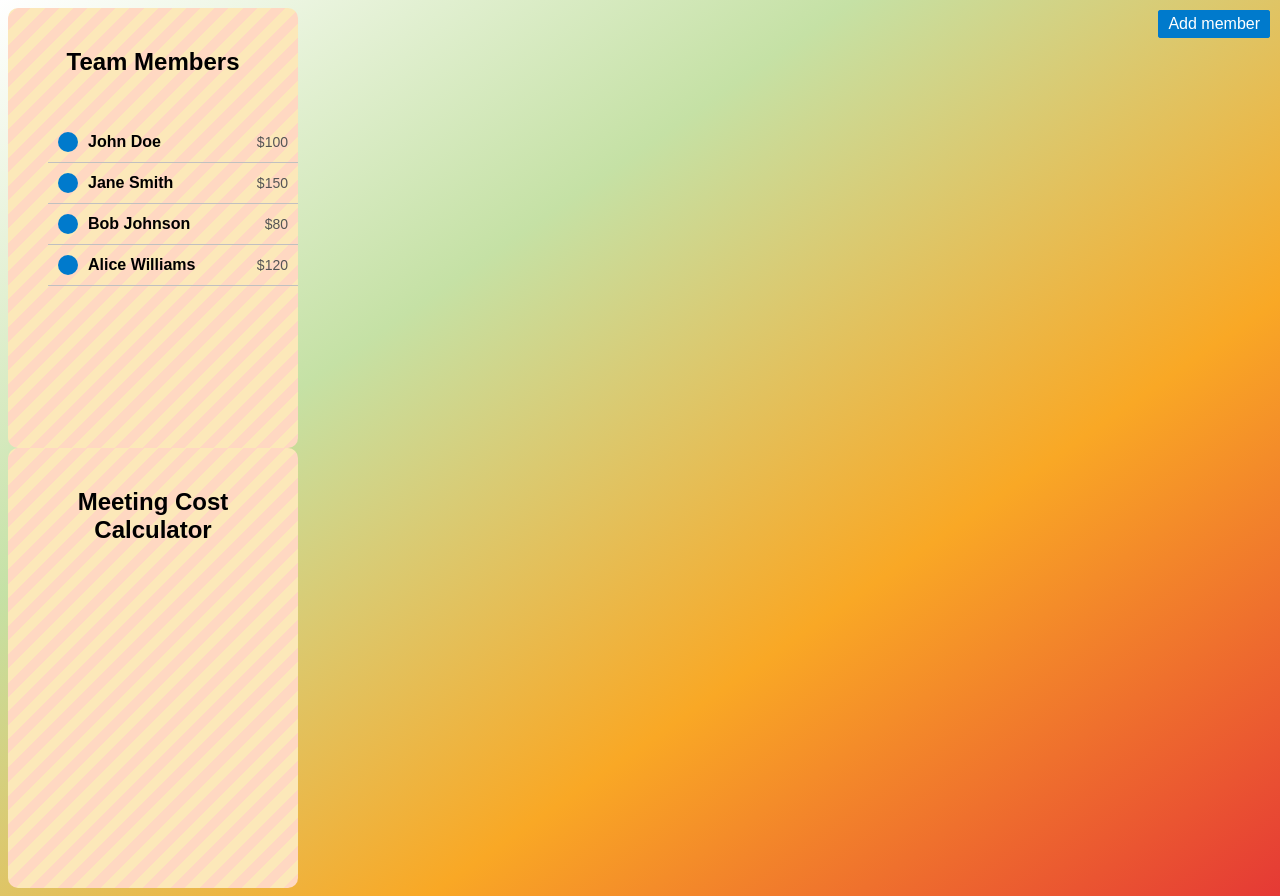
Repository: alexanderneal/meetingApp
Page: meetingApp copia/popup.html
The author's editor kept a copy of each file at every save. The page is drawn from the files as they stood at one save, then again after the next save.
The browser window is 1280 px wide. The pictures show the whole page.

Above is the page before, as saved 2023-04-21 11:24:32.

After the next save:
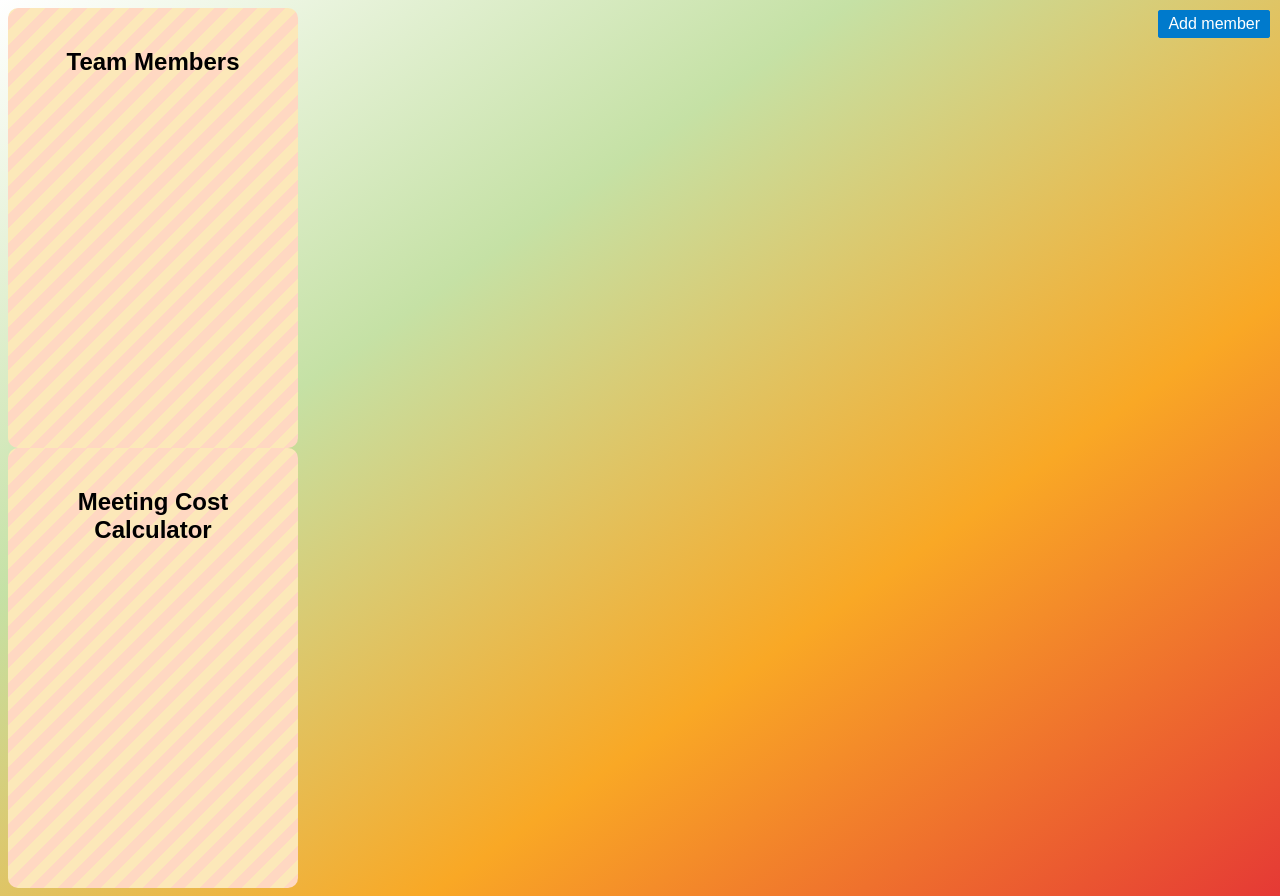
Console error: TypeError: Cannot read properties of undefined (reading 'minutes')
Saved 3 min 27 s later.
--- a/meetingApp copia/popup.js
+++ b/meetingApp copia/popup.js
@@ -19,6 +19,7 @@
 
   members.push(member);
   renderMembersList();
+  updateTotalCost();
 });
 
 function renderMembersList() {
@@ -27,6 +28,7 @@
   members.forEach((member) => {
     const memberEl = document.createElement("div");
     memberEl.classList.add("member");
+    memberEl.dataset.minutes = 0; // set data-minutes attribute to 0
     memberEl.innerHTML = `
       <div class="member-icon"></div>
       <div class="member-name">${member.name}</div>
@@ -34,6 +36,8 @@
     `;
     membersList.appendChild(memberEl);
   });
+}
+
 // Define the hourly rate
 const hourlyRate = 100;
 
@@ -53,14 +57,23 @@
   totalCostEl.textContent = calculateTotalCost();
 }
 
-// Call the updateTotalCost function whenever a member is added or removed
-const membersList = document.getElementById('members-list');
-const observer = new MutationObserver(updateTotalCost);
+// Observe changes to the membersList element and update data-minutes attributes
+const observer = new MutationObserver(mutations => {
+  mutations.forEach(mutation => {
+    if (mutation.addedNodes.length > 0) {
+      const addedMemberEl = mutation.addedNodes[0];
+      addedMemberEl.dataset.minutes = 0;
+    } else if (mutation.removedNodes.length > 0) {
+      const removedMemberEl = mutation.removedNodes[0];
+      const minutes = Number(removedMemberEl.dataset.minutes);
+      members.splice(minutes, 1);
+    }
+  });
+  updateTotalCost();
+});
 observer.observe(membersList, { childList: true });
 
-// Call the updateTotalCost function once on page load
-updateTotalCost();
+// Call the renderMembersList function on page load
+renderMembersList();
 
-
-
-}
+//

After the save that followed:
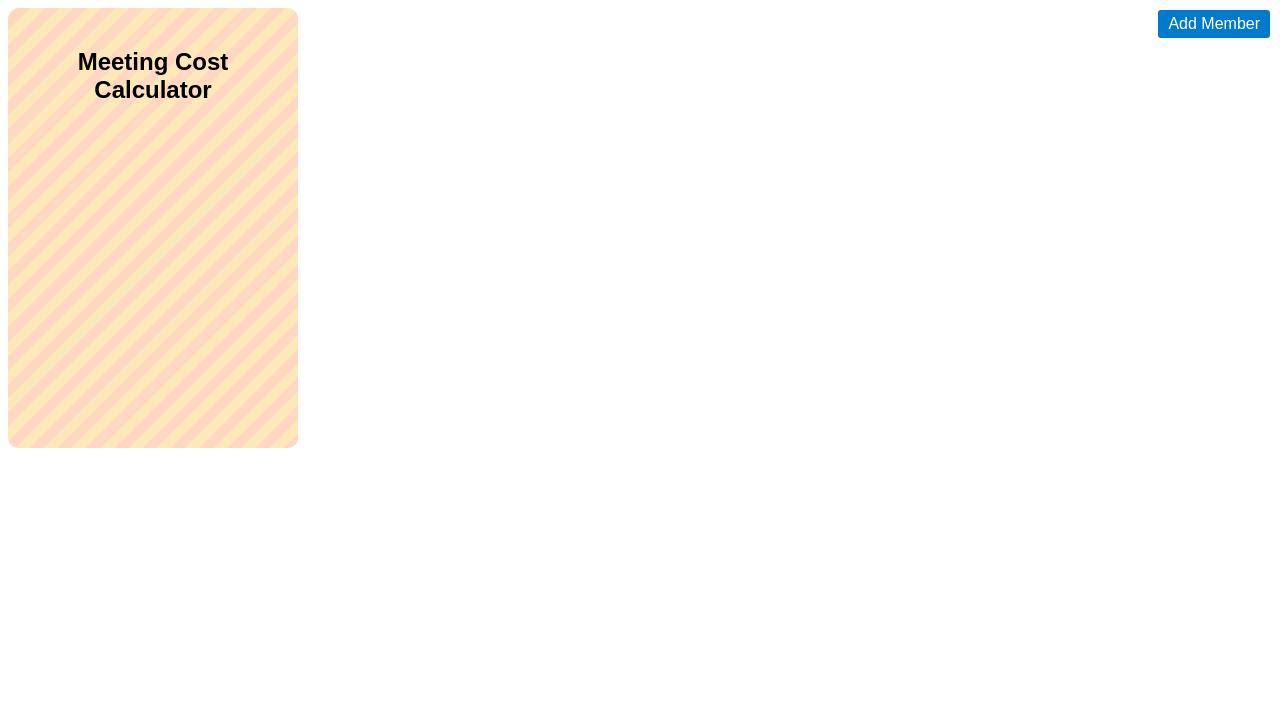
The error is gone.
Saved 107 s later.
--- a/meetingApp copia/popup.html
+++ b/meetingApp copia/popup.html
@@ -1,47 +1,15 @@
 <!DOCTYPE html>
-<html lang="en">
+<html>
   <head>
-    <meta charset="UTF-8" />
-    <meta name="viewport" content="width=device-width, initial-scale=1.0" />
-    <title>Add Member Popup</title>
-    <link rel="stylesheet" href="popup.css" />
+    <title>Meeting Cost Calculator</title>
+    <link rel="stylesheet" type="text/css" href="popup.css">
   </head>
-  <body style="background: linear-gradient(to bottom right, white, #c5e1a5, #f9a825, #e53935);">
+  <body>
     <div class="popup-container">
+      <div id="title">Meeting Cost Calculator</div>
       <button id="add-member-btn">Add Member</button>
-      <h1 id="title">Team Members</h1>
-      <ul id="members-list">
-        <li class="member">
-          <div class="member-icon"></div>
-          <div class="member-name">John Doe</div>
-          <div class="member-cost">$100</div>
-        </li>
-        <li class="member">
-          <div class="member-icon"></div>
-          <div class="member-name">Jane Smith</div>
-          <div class="member-cost">$150</div>
-        </li>
-        <li class="member">
-          <div class="member-icon"></div>
-          <div class="member-name">Bob Johnson</div>
-          <div class="member-cost">$80</div>
-        </li>
-        <li class="member">
-          <div class="member-icon"></div>
-          <div class="member-name">Alice Williams</div>
-          <div class="member-cost">$120</div>
-        </li>
-      </ul>
+      <div id="members-list"></div>
     </div>
     <script src="popup.js"></script>
   </body>
-  <body>
-    <div class="popup-container">
-      <button id="add-member-btn">Add member</button>
-      <h1 id="title">Meeting Cost Calculator</h1>
-      <div id="members-list"></div>
-      <p id="total-cost"></p>
-    </div>
-  </body>
-
 </html>
